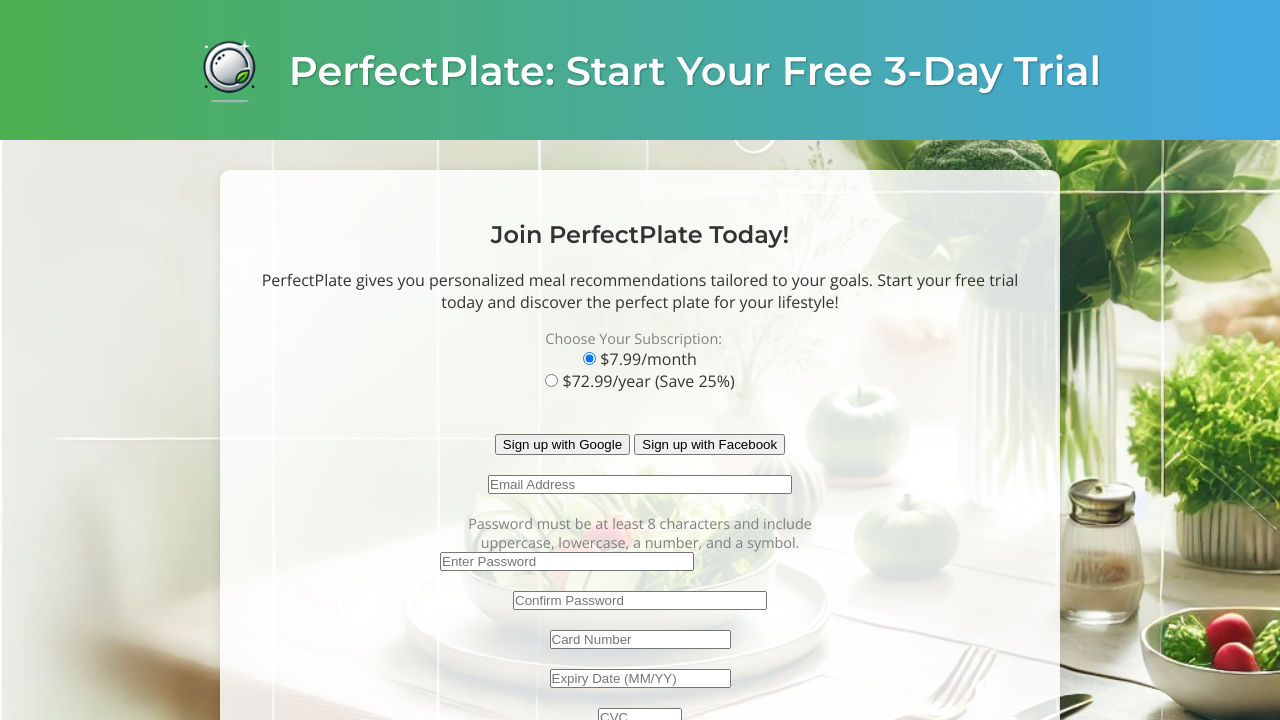
Repository: nikwhite1169/perfectplate
Page: signup.html
The author's editor kept a copy of each file at every save. The page is drawn from the files as they stood at one save, then again after the next save.
The browser window is 1280 px wide. The pictures show the whole page.
An inner scrolling area shows only its first screen.

Above is the page before, as saved 2025-01-13 14:11:37.
Console error: TypeError: Cannot read properties of null (reading 'addEventListener')

After the next save:
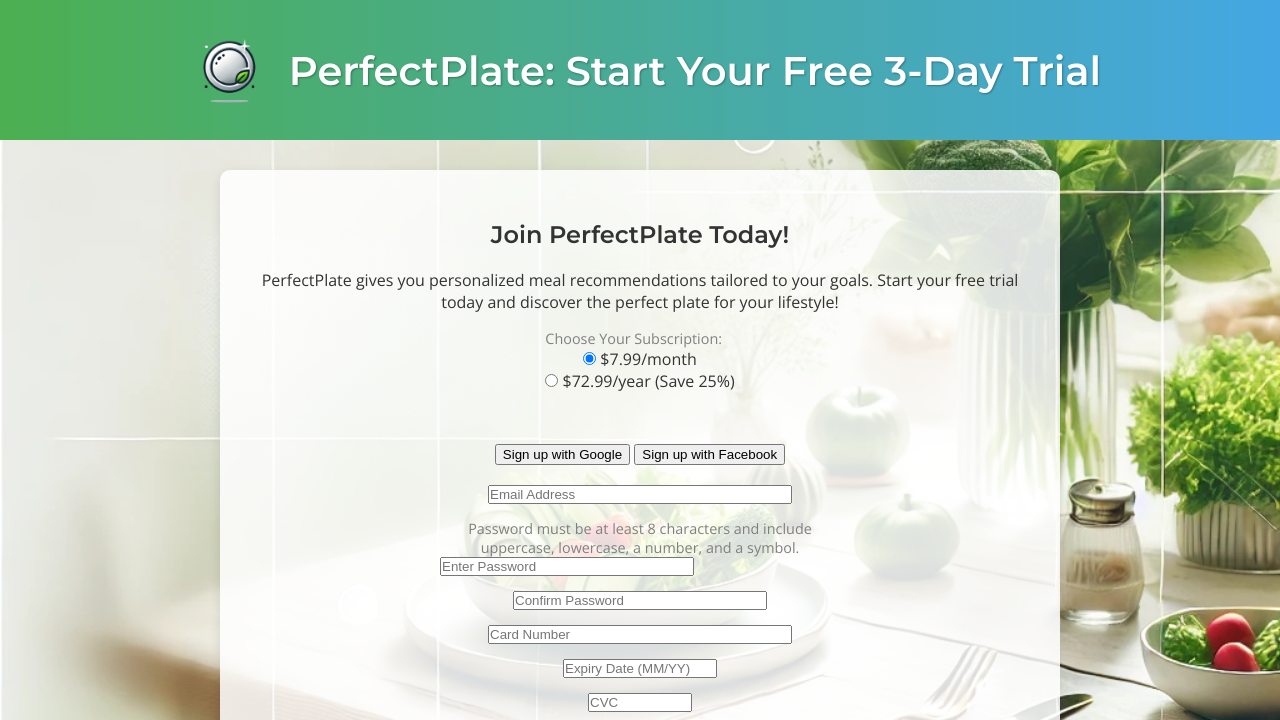
Saved 99 s later.
--- a/styles.css
+++ b/styles.css
@@ -44,6 +44,7 @@
   margin: 10px 0 5px;
 }
 
+/* General Input Styling */
 form input[type="text"],
 form input[type="email"],
 form input[type="password"],
@@ -68,7 +69,7 @@
   outline: none;
 }
 
-/* Field-specific sizes */
+/* Field-Specific Sizes */
 #email {
   width: 300px; /* Larger for email addresses */
 }
@@ -78,8 +79,16 @@
   width: 250px; /* Medium size for passwords */
 }
 
+#card-number {
+  width: 300px; /* Larger for card numbers */
+}
+
+#expiry-date {
+  width: 150px; /* Smaller for expiry dates */
+}
+
 #cvc {
-  width: 80px; /* Small size for CVC */
+  width: 100px; /* Small size for CVC */
 }
 
 .helper-text {
@@ -138,7 +147,7 @@
   display: flex;
   flex-direction: column;
   align-items: flex-start; /* Left-align fields */
-  margin-bottom: 20px;
+  margin-bottom: 15px;
 }
 
 .form-group label,
@@ -154,6 +163,11 @@
   align-items: center; /* Center the form on the page */
   max-width: 400px;
   margin: 0 auto;
+}
+
+/* Subscription Options Styling */
+#subscription-options {
+  margin-bottom: 15px;
 }
 
 /* Button Styles */
